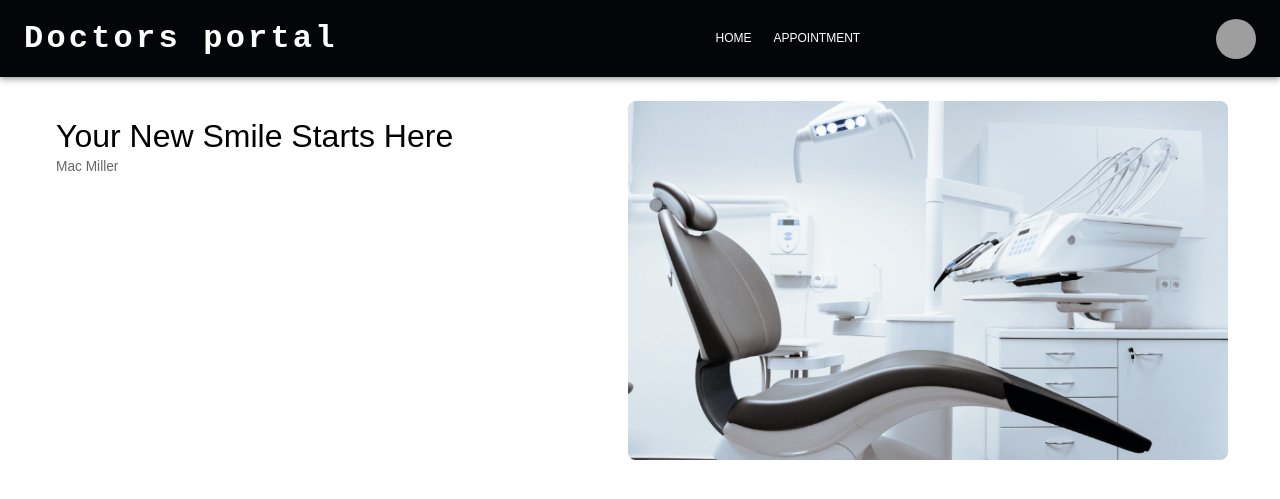
Repository: mdrubel02/health-care
Page: /
These files come from the project's save history. The page is drawn as it stood at one moment and after the next save; the edit follows.
The browser window is 1280 px wide. The pictures show the whole page.
Pictures or frames that could not be fetched are drawn as grey boxes. The project was rebuilt for these pictures with package versions that can differ from the ones it lists, and the page was loaded fresh each time. Also part of the build but not shown: src/Pages/Appointment/Appointment.js.

Above is the page before, as saved 2022-11-14 16:24:48.

After the next save:
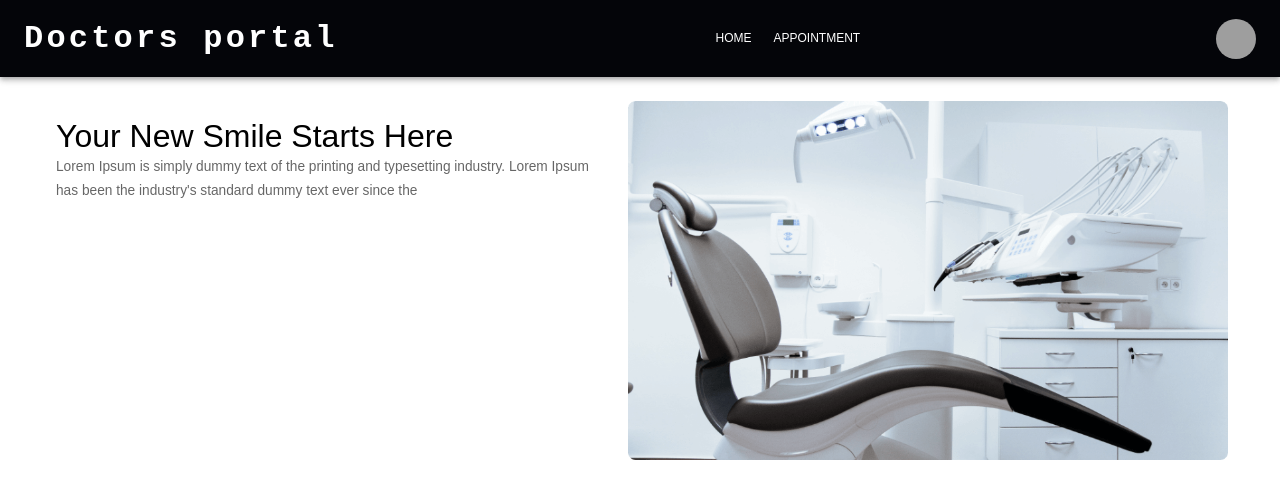
Saved 34 s later.
--- a/src/Pages/Home/Banner/Banner.js
+++ b/src/Pages/Home/Banner/Banner.js
@@ -13,7 +13,7 @@ const Banner = () => {
                                 Your New Smile Starts Here
                             </Typography>
                             <Typography variant="subtitle1" color="text.secondary" component="div">
-                                Mac Miller
+                                Lorem Ipsum is simply dummy text of the printing and typesetting industry. Lorem Ipsum has been the industry's standard dummy text ever since the
                             </Typography>
                         </CardContent>
 
